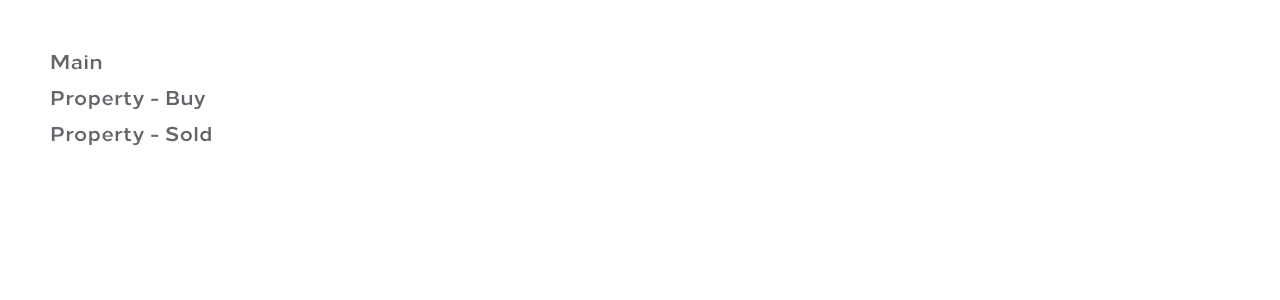
Repository: TarasDutchak/srb
Page: sitemap.html
The author's editor kept a copy of each file at every save. The page is drawn from the files as they stood at one save, then again after the next save.
The browser window is 1280 px wide. The pictures show the whole page.

Above is the page before, as saved 2024-07-23 15:11:26.

After the next save:
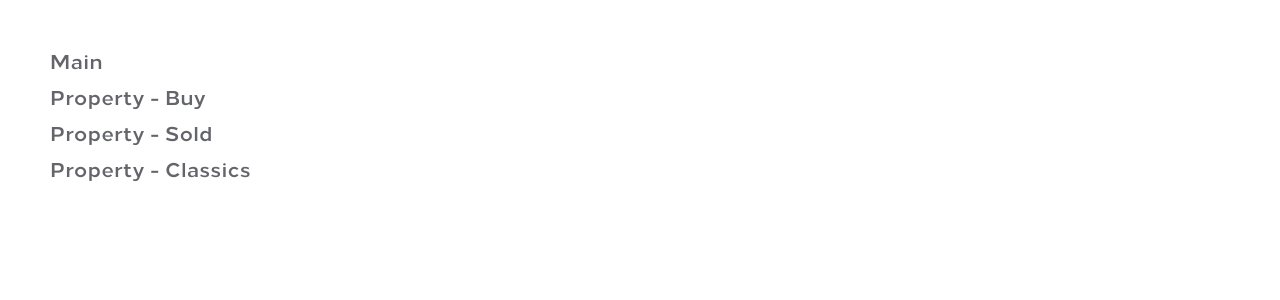
Saved 17 s later.
--- a/sitemap.html
+++ b/sitemap.html
@@ -17,6 +17,7 @@
             <li><a href="index.html" target="_blank">Main</a></li>
             <li><a href="buy.html" target="_blank">Property - Buy</a></li>
             <li><a href="sold.html" target="_blank">Property - Sold</a></li>
+            <li><a href="classics.html" target="_blank">Property - Classics</a></li>
         </ul>
     </div>
 
